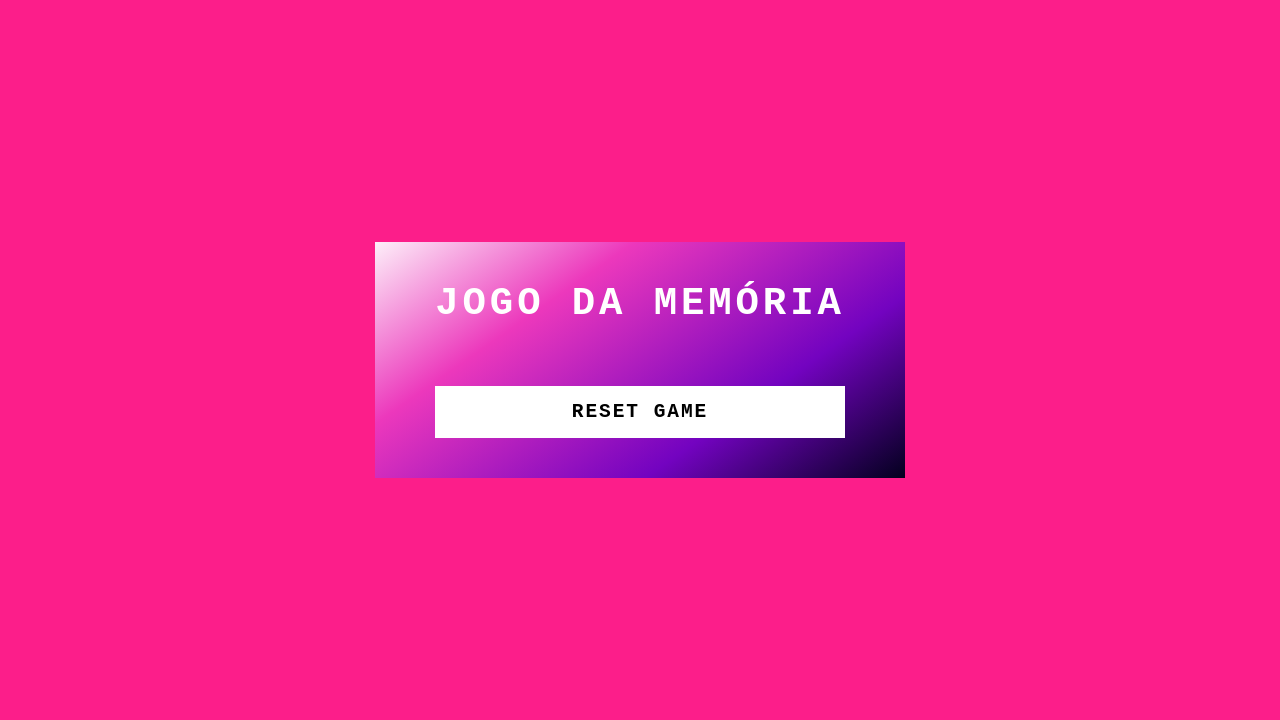
Repository: Zoemateus324/memory-game
Page: index.html
These files come from the project's save history. The page is drawn as it stood at one moment and after the next save; the edit follows.
The browser window is 1280 px wide. The pictures show the whole page.

Above is the page before, as saved 2024-11-27 08:22:16.

After the next save:
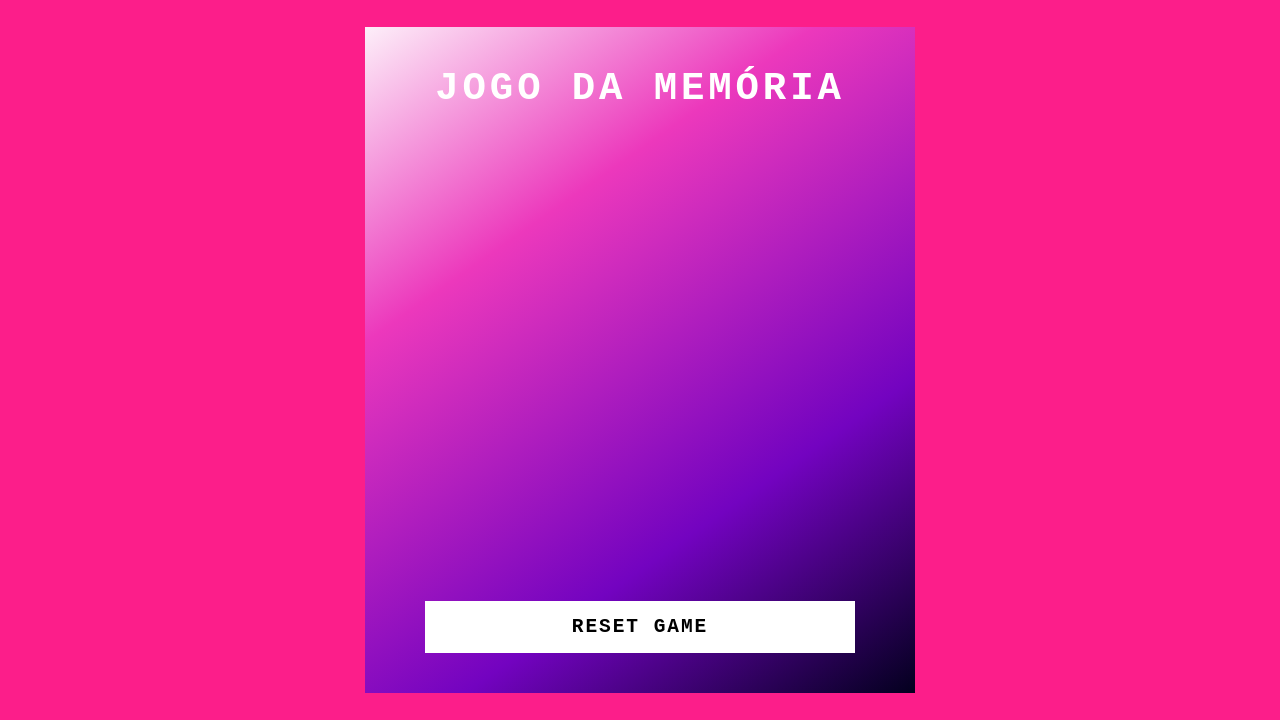
Saved 52 s later.
--- a/src/styles/main.css
+++ b/src/styles/main.css
@@ -51,3 +51,9 @@ h2{
     color:#ec38bc;
     background-color:#262809;
 }
+
+
+.game{
+    width:430px;
+    height:430px;
+}
